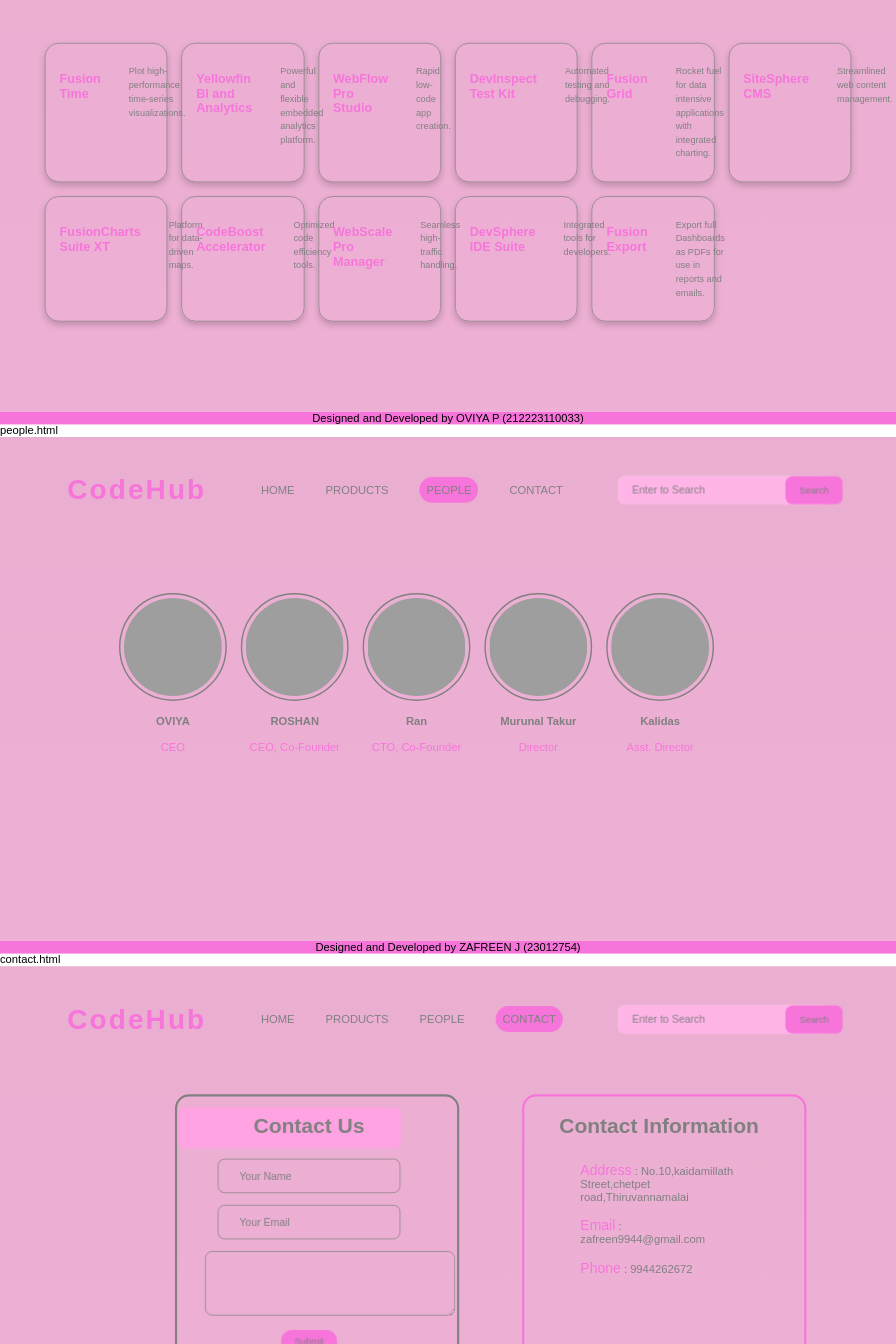
Repository: Oviya24032K6/softweb
Page: oviya/softapp/static/soft.html
These files come from the project's save history. The page is drawn as it stood at one moment and after the next save; the edit follows.
The browser window is 1280 px wide. The pictures show the part of the page from y = 906 to 2826 px (the page is 3024 px tall), at 70% of full size.
Pictures or frames that could not be fetched are drawn as grey boxes.

Above is the page before, as saved 2024-04-16 13:17:24.

After the next save:
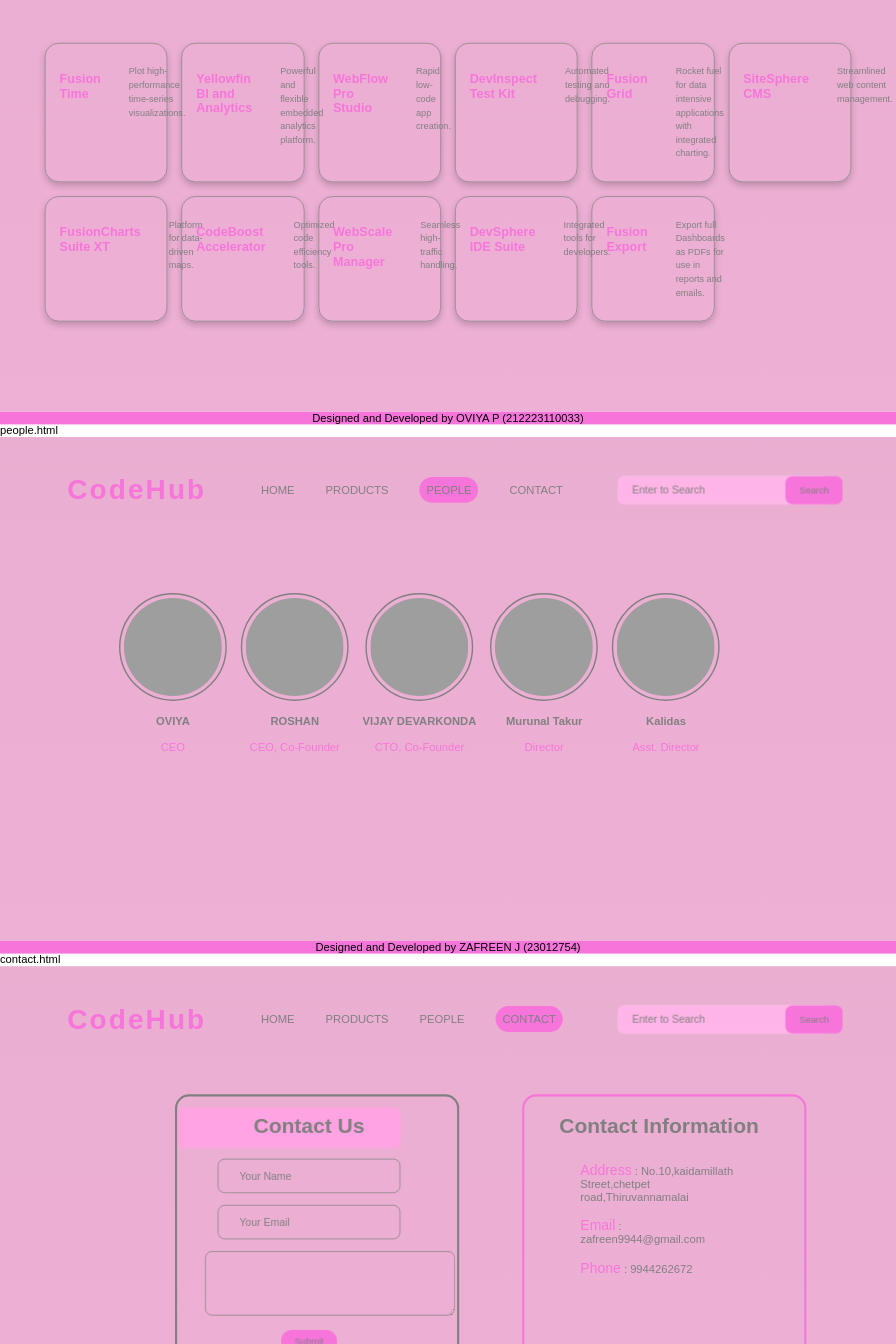
Saved 7 s later.
--- a/oviya/softapp/static/soft.html
+++ b/oviya/softapp/static/soft.html
@@ -540,7 +540,7 @@ people.html
                 <tr align="center">
                     <th> OVIYA </th>
                     <th> ROSHAN</th>
-                    <th> Ran</th>
+                    <th> VIJAY DEVARKONDA</th>
                     <th> Murunal Takur </th>
                     <th> Kalidas </th>
                 </tr>
